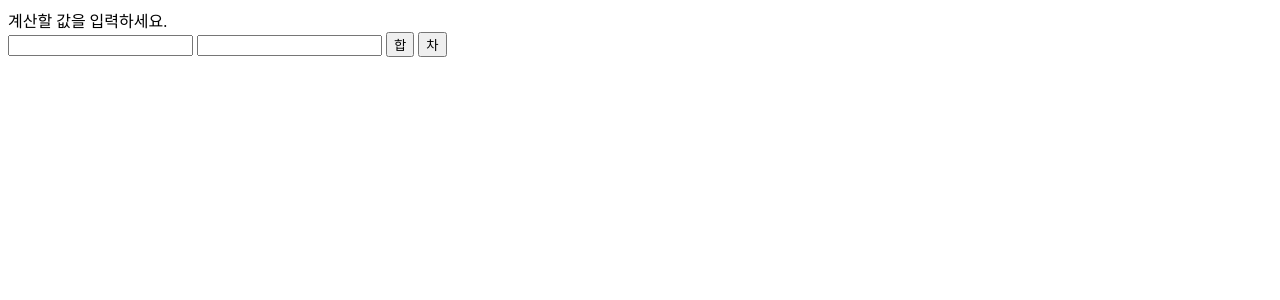
Repository: kwondam/servlet
Page: workspace/JSPPrj/WebContent/calc2.html
These files come from the project's save history. The page is drawn as it stood at one moment and after the next save; the edit follows.
The browser window is 1280 px wide. The pictures show the whole page.

Above is the page before, as saved 2020-03-25 13:30:12.

### workspace/JSPPrj/WebContent/calc2.html
<!DOCTYPE html>
<html>
<head>
<meta charset="UTF-8">
<title>Insert title here</title>
</head>
<body>
	<form action="calc2" method="post">
	<div> 계산할 값을 입력하세요.</div>
	<div>
		<input type="text" name="x"/>
		<input type="text" name="y"/>
		<input type="submit" name="operator" value="합"/>
		<input type="submit" name="operator" value="차"/>
	</div>
	</form>
</body>
</html>

After the next save:
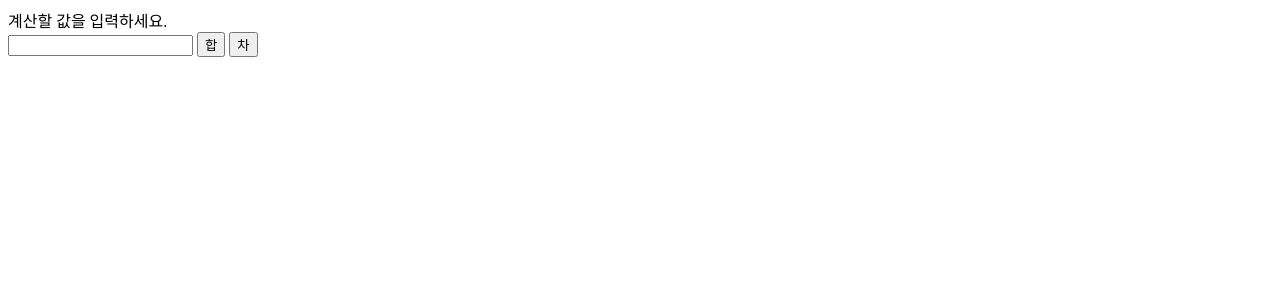
Saved 98 s later.
--- a/workspace/JSPPrj/WebContent/calc2.html
+++ b/workspace/JSPPrj/WebContent/calc2.html
@@ -8,8 +8,7 @@
 	<form action="calc2" method="post">
 	<div> 계산할 값을 입력하세요.</div>
 	<div>
-		<input type="text" name="x"/>
-		<input type="text" name="y"/>
+		<input type="text" name="v"/>
 		<input type="submit" name="operator" value="합"/>
 		<input type="submit" name="operator" value="차"/>
 	</div>
